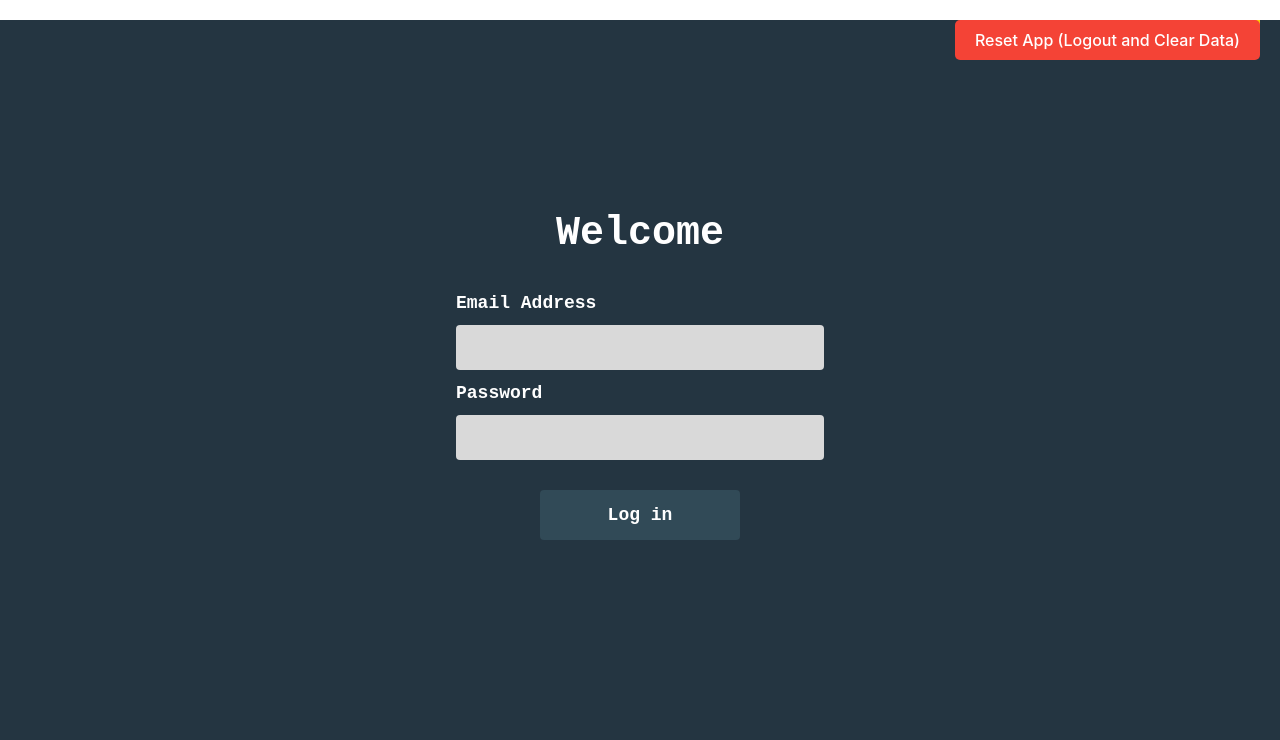
Repository: legendcode1/aml-sigma-SECOND-Reincarnation
Page: /main (app in parrot-aml/)
An editor plug-in stored every save of this project. The page is shown before and after the next save, followed by the edit.
The browser window is 1280 px wide. The pictures show the whole page.
The page's requests for data from a server got no answer. The project was rebuilt for these pictures with package versions that can differ from the ones it lists, and the page was loaded fresh each time. No one was signed in, and anything a server would have sent is missing. Also part of the build but not shown: parrot-aml/vite.config.js, parrot-aml/src/StyleSheet/LeftBar.css, parrot-aml/src/Component/LeftBar.jsx, parrot-aml/src/StyleSheet/MainInterface.css, parrot-aml/src/StyleSheet/ChatBot.css, parrot-aml/src/StyleSheet/NewReport.css, parrot-aml/src/Component/NewReport.jsx, parrot-aml/src/StyleSheet/SearchResult.css and 5 more.

Above is the page before, as saved 2025-01-16 17:53:49.

### parrot-aml/index.html
<!doctype html>
<html lang="en">
  <head>
    <meta charset="UTF-8" />
    <meta name="viewport" content="width=device-width, initial-scale=1.0" />
    <meta http-equiv="X-UA-Compatible" content="ie=edge" />
    <meta name="description" content="A Vite + React app" />
    <meta name="author" content="Your Name" />
    <meta name="robots" content="index, follow" />
    <link rel="icon" type="image/svg+xml" href="/vite.svg" />
    <!-- External font (optional) -->
    <link href="https://fonts.googleapis.com/css2?family=Roboto:wght@400;500&display=swap" rel="stylesheet" />
    <title>Vite + React</title>
    <!-- Add any additional metadata or fonts here -->
  </head>
  <body>
    <!-- React app will be rendered inside this div -->
    <div id="root"></div>
    <!-- Main entry script for Vite + React -->
    <script type="module" src="/src/main.jsx"></script>
  </body>
</html>

### parrot-aml/src/main.jsx
import { StrictMode } from 'react';
import { createRoot } from 'react-dom/client';
import './index.css';
import App from './App.jsx';
import { BrowserRouter } from 'react-router-dom'; // Import BrowserRouter

createRoot(document.getElementById('root')).render(
  <StrictMode>
    <BrowserRouter> {/* Wrap the App component with BrowserRouter */}
      <App />
    </BrowserRouter>
  </StrictMode>
);

### parrot-aml/src/App.jsx
import React, { useState, useEffect } from 'react';
import './App.css';
import { Route, Routes, useNavigate } from 'react-router-dom';
import { app, firestore } from './firebase'; // Correct import for app and firestore
import LeftBar from './Component/LeftBar';
import MainInterface from './Component/MainInterface';
import LoginPage from './login system/LoginPage';
import { getAuth, onAuthStateChanged } from 'firebase/auth';

const App = () => {
  const [searchParams, setSearchParams] = useState({
    name: '',
    age: '',
    occupation: ''
  });

  const [savedItems, setSavedItems] = useState([]);
  const [submitted, setSubmitted] = useState(false);
  const [isAuthenticated, setIsAuthenticated] = useState(false);
  const navigate = useNavigate();

  const saveData = () => {
    if (searchParams.name.trim()) {
      setSavedItems((prevItems) => [...prevItems, searchParams]);
      setSubmitted(true);
    }
  };

  const handleInputChange = (e) => {
    const { name, value } = e.target;
    setSearchParams((prev) => ({
      ...prev,
      [name]: value
    }));
  };

  // Check authentication status
  useEffect(() => {
    const auth = getAuth(app); // Ensure to use 'app' here for correct Firebase instance
    const unsubscribe = onAuthStateChanged(auth, (user) => {
      console.log('Auth state changed', user);
      if (user) {
        setIsAuthenticated(true); // User is authenticated
        navigate('/main'); // Redirect to the main layout
      } else {
        setIsAuthenticated(false); // User is not authenticated
        navigate('/login'); // Redirect to the login page
      }
    });

    return () => unsubscribe();
  }, [navigate]);

  const resetApp = () => {
    console.log('Resetting app...');
    // Reset Firebase Auth state and remove client_id from localStorage
    const auth = getAuth(app);
    auth.signOut(); // Log out the user
    localStorage.removeItem('client_id'); // Remove stored client_id
    setIsAuthenticated(false); // Update the authentication state
    navigate('/login'); // Redirect to login page
  };

  return (
    <div className="app-container">
      {/* Reset button placed outside the main layout */}
      <button onClick={resetApp} className="reset-button">Reset App (Logout and Clear Data)</button>

      <Routes>
        {/* Login route */}
        <Route path="/login" element={<LoginPage />} />

        {/* Main layout route (protected route) */}
        <Route
          path="/main"
          element={
            isAuthenticated ? (
              <div className="main-parent">
                <div className="left-bar">
                  <LeftBar savedItems={savedItems} />
                </div>
                <div className="main-interface">
                  <MainInterface
                    submitted={submitted}
                    searchParams={searchParams}
                    handleInputChange={handleInputChange}
                    saveData={saveData}
                  />
                </div>
              </div>
            ) : (
              <p>You must log in to access the main layout.</p>
            )
          }
        />
      </Routes>
    </div>
  );
};

export default App;

### parrot-aml/src/App.css
html, body, #root {
  margin: 0;
  padding: 0;
  height: 100%;
  width: 100%;
}

*, *::before, *::after {
  box-sizing: border-box;
}

.app-container {
  display: flex;
  flex-direction: column;
  align-items: center;
  justify-content: flex-start;
  margin-top: 20px; /* Adjust this based on your needs */
}

.reset-button {
  padding: 10px 20px;
  background-color: #f44336; /* Red background */
  color: white;
  border: none;
  border-radius: 5px;
  cursor: pointer;
  margin-bottom: 20px; /* Adds some space below the button */
  position: fixed;
  top: 20px; /* Adjust positioning to be outside the content */
  right: 20px; /* Positioned at the top-right corner */
  z-index: 999; /* Ensure it appears above other content */
}

.reset-button:hover {
  background-color: #d32f2f;
}

.main-parent {
  display: flex;
  flex-direction: row;
  min-height: 100vh;
  width: 100%;
}

.left-bar {
  width: 250px;
  background-color: #2c3e50;
  padding: 20px;
  box-shadow: 2px 0 5px rgba(0, 0, 0, 0.1);
  height: 100vh;
  position: fixed;
  top: 0;
  left: 0;
}

.main-interface {
  margin-left: 250px; /* Account for the fixed left bar width */
  flex: 1;
  background-color: #314a57;
  padding: 20px;
  display: flex;
  flex-direction: column;
  align-items: center;
  overflow-y: auto;
}

### parrot-aml/src/firebase.js
// Import necessary Firebase functions
import { initializeApp, getApp, getApps } from 'firebase/app';
import { getAnalytics } from 'firebase/analytics';
import { getFirestore } from 'firebase/firestore';

// Your Firebase configuration
const firebaseConfig = {
  apiKey: "AIzaSyBfku8hikwXrII_Uv2u0pL6-f0a0a0mKr8",
  authDomain: "datumcorp-aml.firebaseapp.com",
  projectId: "datumcorp-aml",
  storageBucket: "datumcorp-aml.appspot.com",  // Fix the storageBucket URL (should end with .appspot.com)
  messagingSenderId: "710428028162",
  appId: "1:710428028162:web:486e3aad77de49d0d8261b",
  measurementId: "G-KSL9Y2V3HX"
};

// Initialize Firebase only if not already initialized
let app;
if (getApps().length === 0) {
  // Initialize Firebase
  app = initializeApp(firebaseConfig);
} else {
  // If already initialized, get the existing app
  app = getApp();
}

// Initialize Firebase Analytics (optional, remove if not using)
const analytics = getAnalytics(app);

// Export Firestore and other Firebase services
export const firestore = getFirestore(app);
export { app, analytics };

### parrot-aml/src/login system/LoginPage.jsx
import React, { useState } from 'react';
import { loginUser } from '../auth/auth.jsx'; // Import the login function
import { useNavigate } from 'react-router-dom';
import './LoginPage.css'; // Import the CSS file

const LoginPage = () => {
  const [email, setEmail] = useState('');
  const [password, setPassword] = useState('');
  const [error, setError] = useState('');
  const navigate = useNavigate();

  const handleLogin = async (e) => {
    e.preventDefault();

    try {
      const user = await loginUser(email, password);
      console.log('User logged in:', user);
      navigate('/main'); // Redirect to the main page after login
    } catch (err) {
      setError(err.message); // Display error message if login fails
    }
  };

  return (
    <div className="ImportantMessages">
      <div className="LogoSection">
        <img src="/datum/datum.png" alt="Company Logo" className="CompanyLogo" />
      </div>
      <div className="LoginPadding">
        <div className="LoginSection">
          <div className="WelcomeText">Welcome</div>
          <div className="Frame34">
            <div className="EmailColumn">
              <label className="EmailAddress">Email Address</label>
              <input
                type="email"
                className="InputField"
                value={email}
                onChange={(e) => setEmail(e.target.value)}
              />
            </div>
            <div className="PasswordColumn">
              <label className="Password">Password</label>
              <input
                type="password"
                className="InputField"
                value={password}
                onChange={(e) => setPassword(e.target.value)}
              />
            </div>
            <div className="SubmitSection">
              <button type="submit" className="SubmitButton" onClick={handleLogin}>
                Log in
              </button>
            </div>
          </div>
        </div>
        {error && <p className="ErrorMessage">{error}</p>}
      </div>
    </div>
  );
};

export default LoginPage;

### parrot-aml/src/auth/auth.jsx
import { getAuth, signInWithEmailAndPassword } from "firebase/auth";
import { initializeApp } from "firebase/app";

// Firebase configuration
const firebaseConfig = {
  apiKey: "AIzaSyBfku8hikwXrII_Uv2u0pL6-f0a0a0mKr8",
  authDomain: "datumcorp-aml.firebaseapp.com",
  projectId: "datumcorp-aml",
  storageBucket: "datumcorp-aml.appspot.com",
  messagingSenderId: "710428028162",
  appId: "1:710428028162:web:486e3aad77de49d0d8261b",
  measurementId: "G-KSL9Y2V3HX"
};

// Initialize Firebase
const app = initializeApp(firebaseConfig);
const auth = getAuth(app);

// Domain-to-client_id mapping
const domainClientMapping = {
  'transinergi.com': 'client-id-transinergi',
  'datum.com': 'client-id-datum'
};

// Function to handle login
export const loginUser = async (email, password) => {
  const domain = email.split('@')[1]; // Extract the domain part of the email

  // Check if the domain is valid
  if (!domainClientMapping[domain]) {
    throw new Error('This email domain is not allowed.');
  }

  const client_id = domainClientMapping[domain]; // Get the client_id based on the domain

  // Output the client_id to the console
  console.log("Client ID: ", client_id);

  try {
    // Authenticate the user with Firebase
    const userCredential = await signInWithEmailAndPassword(auth, email, password);
    const user = userCredential.user;

    // Store the client_id for the session (use localStorage, React context, etc.)
    localStorage.setItem('client_id', client_id);

    // Return user data (or redirect, or whatever you need)
    return user;
  } catch (error) {
    throw new Error('Login failed: ' + error.message);
  }
};

### parrot-aml/src/login system/LoginPage.css
.ImportantMessages {
    width: 100%;
    height: 100vh; /* Full viewport height */
    padding: 32px; /* Adjusted padding for breathing room */
    background: #243541;
    display: flex;
    justify-content: center; /* Centers horizontally */
    align-items: center; /* Centers vertically */
    flex-direction: column; /* Ensures stacked layout */
  }

.LogoSection {
    position: absolute;
    top: 20px; /* Distance from the top */
    right: 20px; /* Distance from the right */
    display: flex;
    justify-content:flex-start; /* Ensures the logo is aligned to the right */
    align-items: center;
    margin-bottom: 30px;
    width: auto;
}

.CompanyLogo {
    max-width: 100px; /* Restrict max width for better look */
    height: auto; /* Maintain aspect ratio */
}

.LoginPadding {
    width: 100%;
    max-width: 800px; /* Restrict width for better readability */
    height: auto; /* Allow content height to adjust */
    padding: 5% 10%; /* Balanced padding */
    display: flex;
    flex-direction: column; /* Stacks items vertically */
    justify-content: center; /* Center inner content vertically */
    align-items: center; /* Center inner content horizontally */
    gap: 10px; /* Small gap between elements */
}

.LoginSection {
    width: 100%;
    display: flex;
    flex-direction: column; /* Stack elements vertically */
    justify-content: center; /* Centers inner elements vertically */
    align-items: center; /* Centers inner elements horizontally */
    gap: 10px;
}

.WelcomeText {
    color: white;
    font-size: 40px; /* Adjust font size */
    font-family: 'JetBrains Mono', monospace;
    font-weight: 700;
    text-align: center; /* Centers text */
}

.Frame34 {
    width: 100%;
    max-width: 400px; /* Restricts width for better layout */
    padding: 16px; /* Adjusted padding */
    display: flex;
    flex-direction: column; /* Stacks elements */
    justify-content: flex-start;
    align-items: stretch; /* Aligns to fill parent width */
    gap: 10px; /* Add space between input fields */
}

.EmailColumn,
.PasswordColumn {
    width: 100%; /* Ensure full width for consistency */
    display: flex;
    flex-direction: column;
    gap: 8px; /* Small gap between label and input */
}

.EmailAddress,
.Password {
    color: white;
    font-size: 18px; /* Smaller font size for labels */
    font-family: 'JetBrains Mono', monospace;
    font-weight: 700;
}

.InputField {
    width: 100%; /* Input fields fill parent width */
    height: 45px; /* Slightly larger for usability */
    background: #d9d9d9;
    border: none;
    padding: 8px; /* Comfortable padding */
    font-size: 16px; /* Balanced font size */
    font-family: 'JetBrains Mono', monospace;
    color: #000;
    outline: none;
    border-radius: 4px; /* Smooth corners */
}

.SubmitSection {
    width: 100%;
    display: flex;
    justify-content: center; /* Centers the button */
    align-items: center;
    margin-top: 20px; /* Space above button */
}

.SubmitButton {
    width: 100%;
    max-width: 200px; /* Restrict button width */
    height: 50px; /* Comfortable button height */
    background: #314a57;
    color: white;
    font-size: 18px; /* Readable font size */
    font-family: 'JetBrains Mono', monospace;
    font-weight: 700;
    border: none;
    border-radius: 4px;
    cursor: pointer;
}

.SubmitButton:hover {
    background: #2a3d47;
}

.ErrorMessage {
    color: red;
    font-size: 12px; /* Adjusted for visibility */
    margin-top: 10px;
    text-align: center; /* Center error message */
}

Loaded but not shown: parrot-aml/src/index.css (common file)

After the next save:
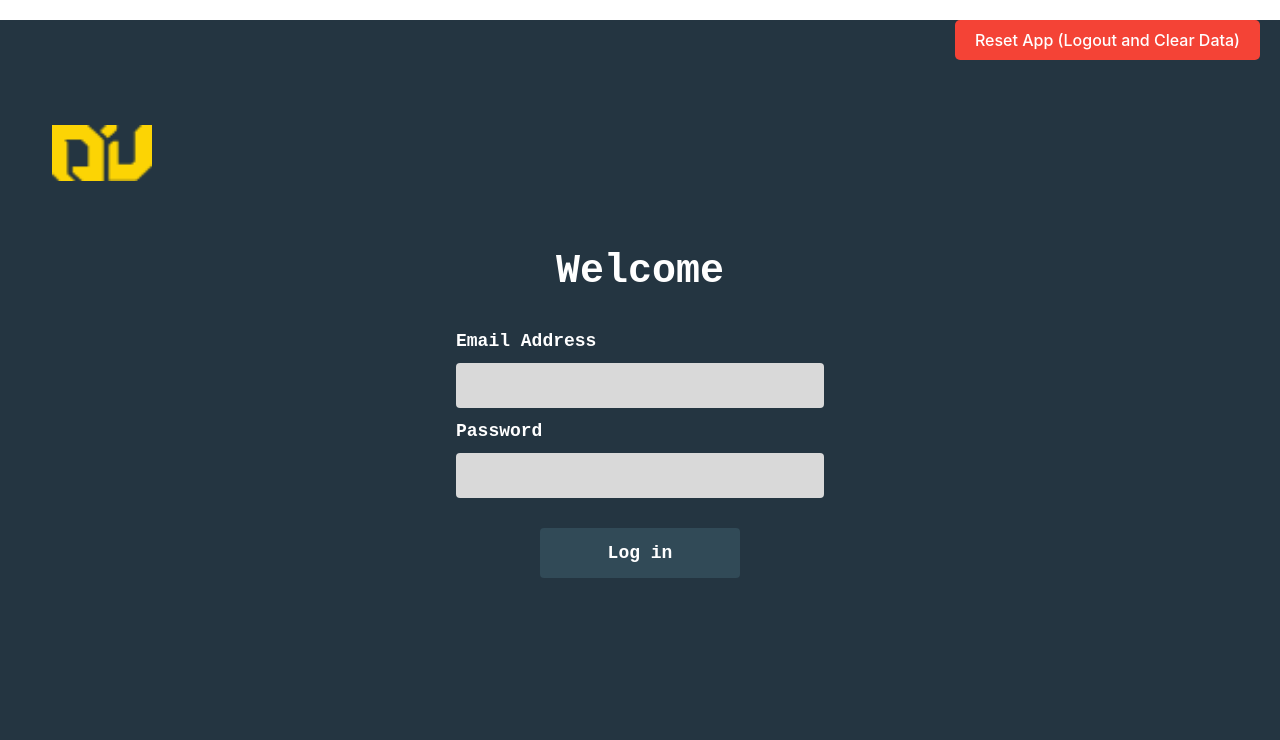
Saved 42 s later.
--- a/parrot-aml/src/login system/LoginPage.css
+++ b/parrot-aml/src/login system/LoginPage.css
@@ -9,21 +9,21 @@
     flex-direction: column; /* Ensures stacked layout */
   }
 
-.LogoSection {
-    position: absolute;
-    top: 20px; /* Distance from the top */
-    right: 20px; /* Distance from the right */
+  .LogoSection {
+    width: 100%;
     display: flex;
-    justify-content:flex-start; /* Ensures the logo is aligned to the right */
-    align-items: center;
-    margin-bottom: 30px;
-    width: auto;
-}
+    justify-content: flex-start; /* Align to the left */
+    align-items: flex-start; /* Align to the top */
+    margin-top: 20px; /* Optional margin from the top */
+    padding-left: 20px; /* Space from the left edge */
+  }
 
-.CompanyLogo {
+  .CompanyLogo {
+    width: 100%;
     max-width: 100px; /* Restrict max width for better look */
-    height: auto; /* Maintain aspect ratio */
-}
+    height: auto;
+  }
+
 
 .LoginPadding {
     width: 100%;

After the save that followed:
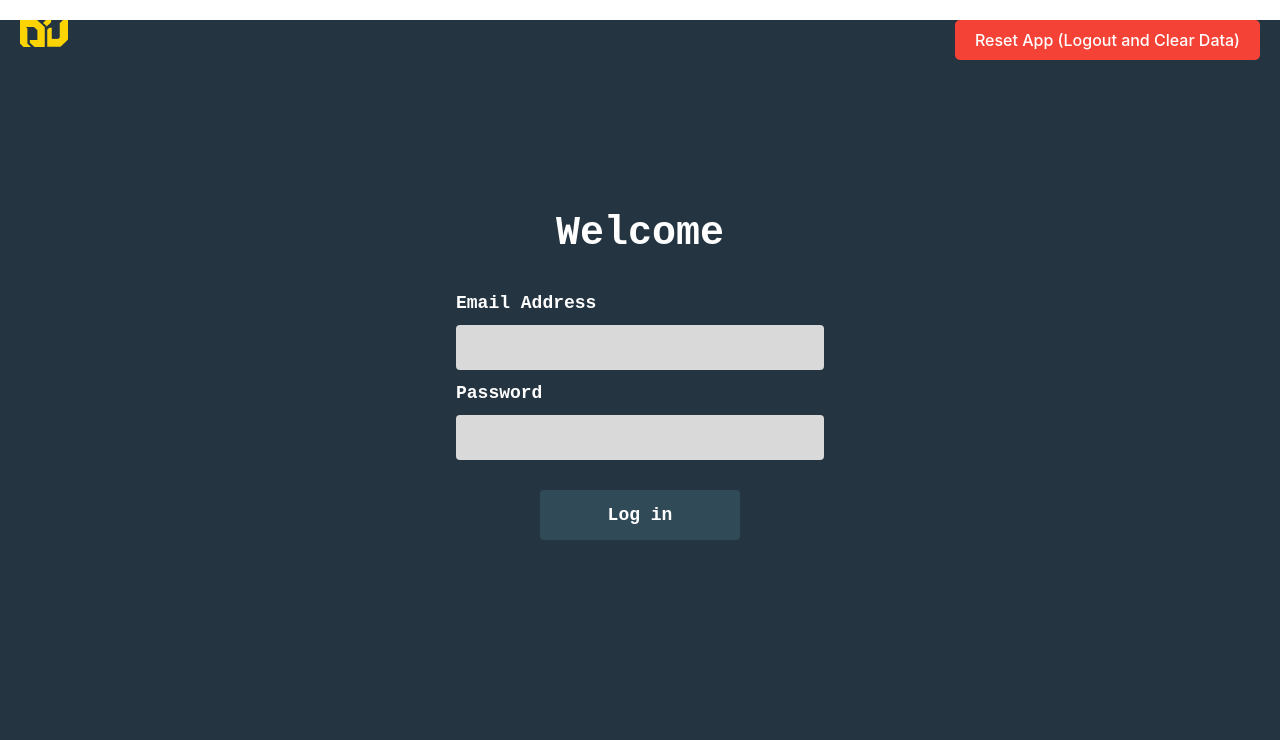
Saved 21 s later.
--- a/parrot-aml/src/login system/LoginPage.css
+++ b/parrot-aml/src/login system/LoginPage.css
@@ -9,21 +9,21 @@
     flex-direction: column; /* Ensures stacked layout */
   }
 
-  .LogoSection {
-    width: 100%;
+.LogoSection {
+    position: absolute;
+    top: 20px; /* Distance from the top */
+    left: 20px; /* Distance from the right */
     display: flex;
-    justify-content: flex-start; /* Align to the left */
-    align-items: flex-start; /* Align to the top */
-    margin-top: 20px; /* Optional margin from the top */
-    padding-left: 20px; /* Space from the left edge */
-  }
+    justify-content:flex-start; /* Ensures the logo is aligned to the right */
+    align-items: center;
+    margin-bottom: 30px;
+    width: auto;
+}
 
-  .CompanyLogo {
-    width: 100%;
+.CompanyLogo {
     max-width: 100px; /* Restrict max width for better look */
-    height: auto;
-  }
-
+    height: auto; /* Maintain aspect ratio */
+}
 
 .LoginPadding {
     width: 100%;
